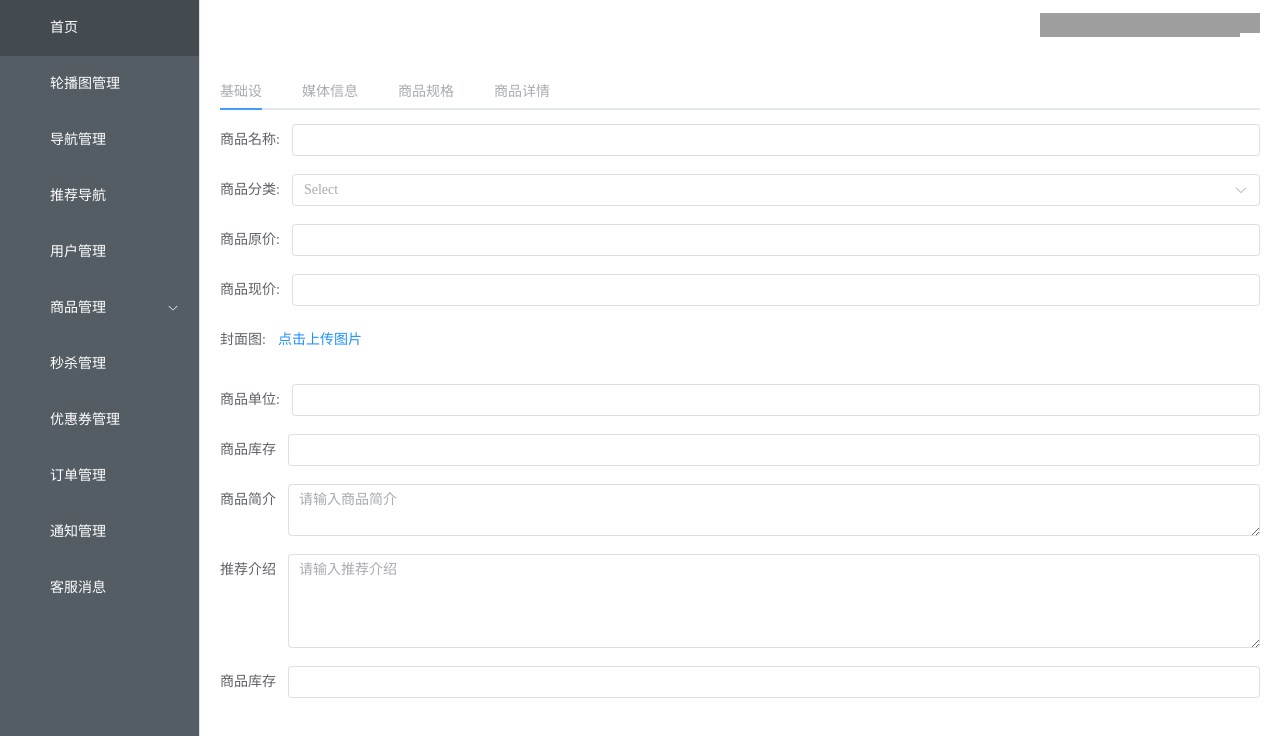
Repository: xinwuhao/CCG
Page: /addgoods
These files come from the project's save history. The page is drawn as it stood at one moment and after the next save; the edit follows.
The browser window is 1280 px wide. The pictures show the whole page.
Pictures or frames that could not be fetched are drawn as grey boxes. The page's requests for data from a server got no answer. The project was rebuilt for these pictures with package versions that can differ from the ones it lists, and the page was loaded fresh each time. No one was signed in, and anything a server would have sent is missing. Also part of the build but not shown: vite.config.ts.

Above is the page before, as saved 2021-09-24 13:50:38.

After the next save:
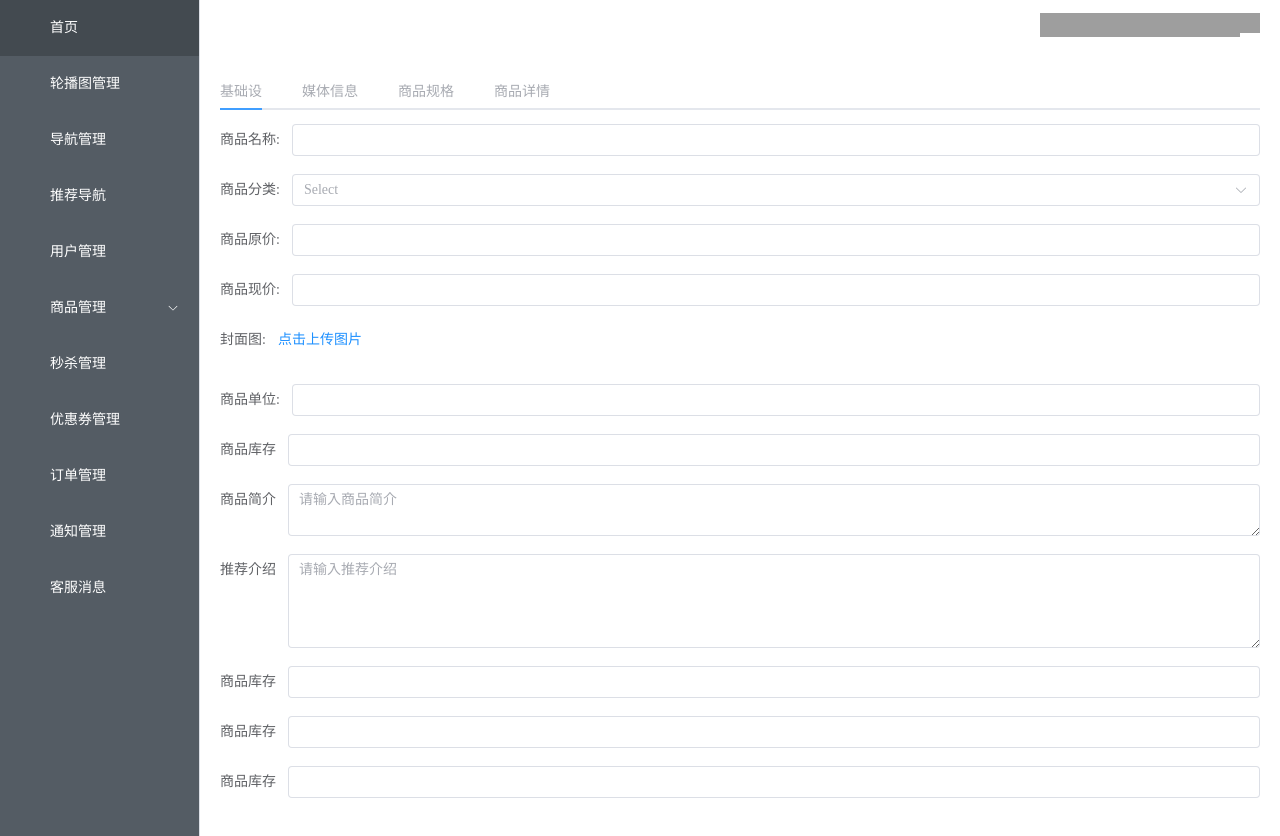
Saved 7 s later.
--- a/src/views/goods/addgoods.vue
+++ b/src/views/goods/addgoods.vue
@@ -139,6 +139,12 @@
             <el-form-item label="商品库存" prop="path">
               <el-input v-model="swiper.path" class="inpud"></el-input>
             </el-form-item>
+            <el-form-item label="商品库存" prop="path">
+              <el-input v-model="swiper.path" class="inpud"></el-input>
+            </el-form-item>
+            <el-form-item label="商品库存" prop="path">
+              <el-input v-model="swiper.path" class="inpud"></el-input>
+            </el-form-item>
           </el-form>
         </el-tab-pane>
 
